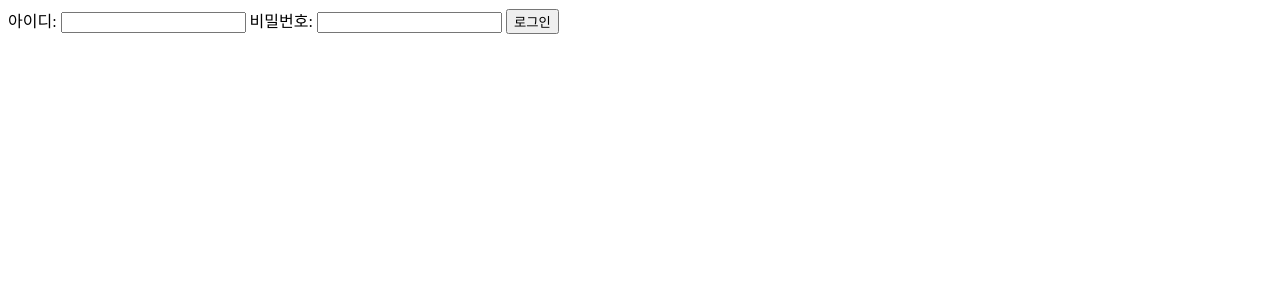
Repository: dkajffkeh/DynamicWebProject
Page: Lec_14_Session/WebContent/login.html
The author's editor kept a copy of each file at every save. The page is drawn from the files as they stood at one save, then again after the next save.
The browser window is 1280 px wide. The pictures show the whole page.

Above is the page before, as saved 2020-10-08 10:56:22.

After the next save:
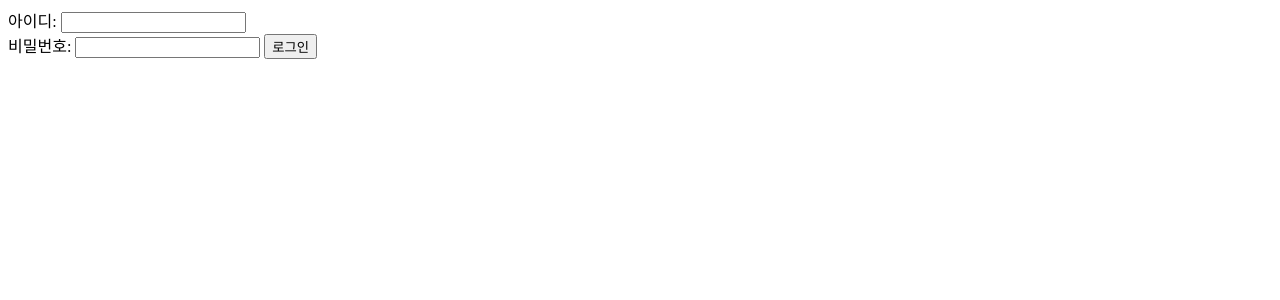
Saved 11 s later.
--- a/Lec_14_Session/WebContent/login.html
+++ b/Lec_14_Session/WebContent/login.html
@@ -8,7 +8,7 @@
 
 <body>
     <form action="loginOk.jsp" method="post">
-        아이디: <input type="text" name="id" required>
+        아이디: <input type="text" name="id" required> <br>
         비밀번호: <input type="password" name="pw" required>
         <input type="submit" value="로그인">
     </form>
